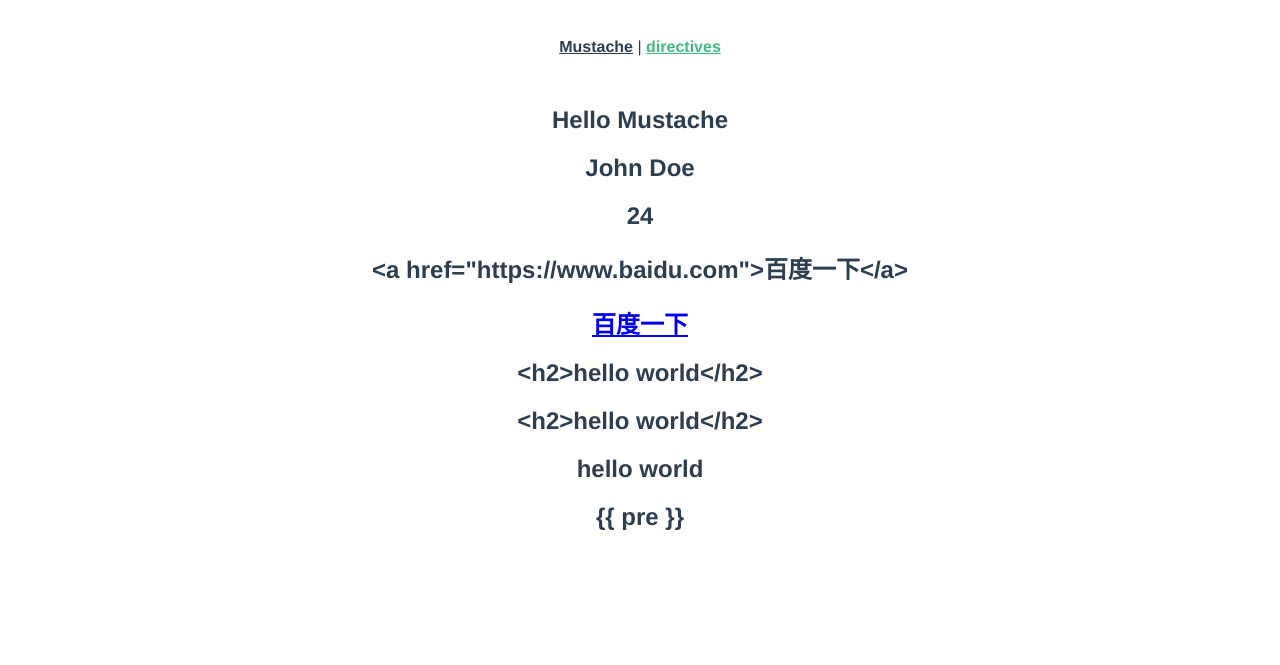
Repository: yeyanghui0616/my-vue2-learning
Page: /directives
An editor plug-in stored every save of this project. The page is shown before and after a run of saves, followed by the edit.
The browser window is 1280 px wide. The pictures show the whole page.
The project was rebuilt for these pictures with package versions that can differ from the ones it lists, and the page was loaded fresh each time. Also part of the build but not shown: src/views/Mustache.vue.

Above is the page before, as saved 2023-08-30 21:21:40.

After the next 2 saves:
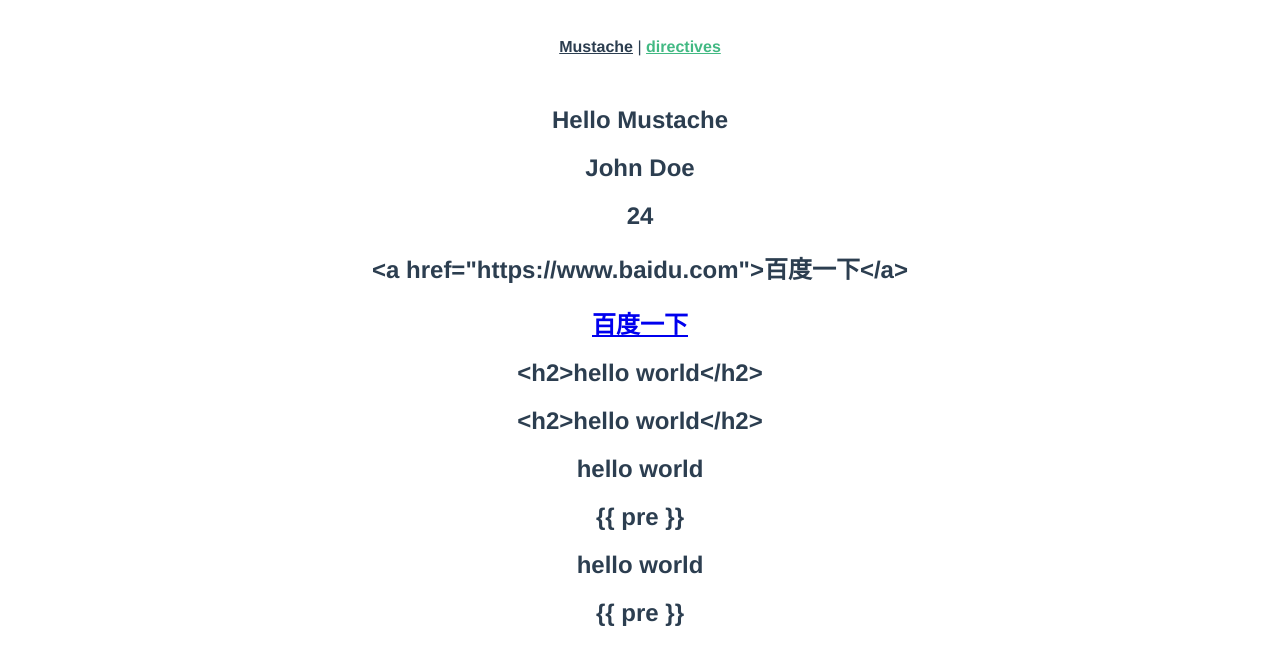
The 2 saves are shown as one change because they came seconds apart.
The last was saved 22 s later.
--- a/src/views/directives.vue
+++ b/src/views/directives.vue
@@ -11,6 +11,9 @@
 		<h2>{{ message }}</h2>
 		<h2 v-text="message"></h2>
 		<!-- TODO v-pre -->
+		<h2>{{ pre }}</h2>
+		<h2 v-pre>{{ pre }}</h2>
+		<!-- TODO v-bind -->
 		<h2>{{ pre }}</h2>
 		<h2 v-pre>{{ pre }}</h2>
 	</div>
